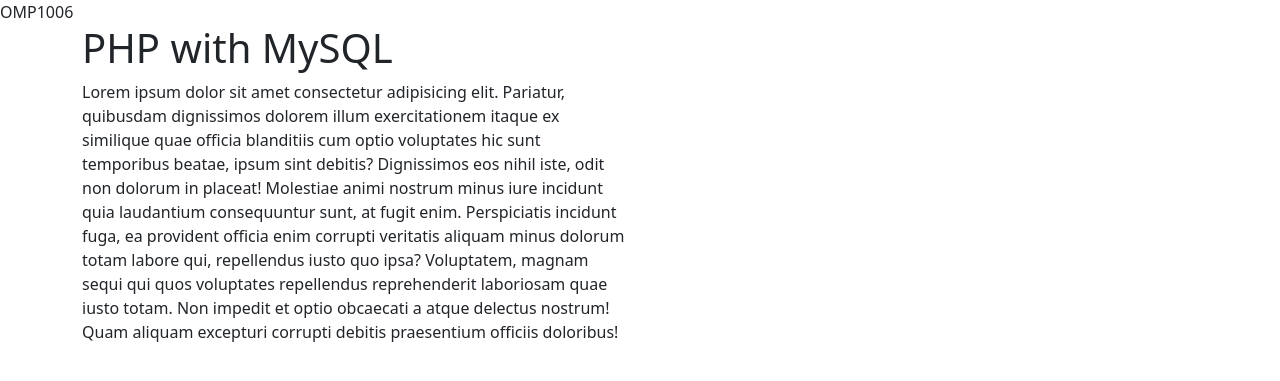
Repository: teban004/COMP1006---W2017
Page: index.html
The author's editor kept a copy of each file at every save. The page is drawn from the files as they stood at one save, then again after the next save.
The browser window is 1280 px wide. The pictures show the whole page.

Above is the page before, as saved 2022-01-02 13:25:41.

### index.html
<!DOCTYPE html>
<html lang="en">
<head>
    <meta charset="utf-8">
    <meta name="viewport" content="width=device-width, initial-scale=1">
OMP1006</title>
    <!-- CSS Section -->
    <link rel="stylesheet" href="/Scripts/lib/bootstrap/dist/css/bootstrap.min.css">
    <link rel="stylesheet" href="/Scripts/lib/font-awesome/css/fontawesome.css">
    <link rel="stylesheet" href="/Content/app.css">




    <link rel="stylesheet" href="/Content/app.css">
        <rel></rel>
    </link>
</head>
<body>
    <div class="container">
        <div class="row">
            <div class="col-md-offset-3 col-md-6">
                <h1>PHP with MySQL</h1>
                <p>Lorem ipsum dolor sit amet consectetur adipisicing elit. Pariatur, quibusdam dignissimos dolorem illum exercitationem itaque ex similique quae officia blanditiis cum optio voluptates hic sunt temporibus beatae, ipsum sint debitis? Dignissimos eos nihil iste, odit non dolorum in placeat! Molestiae animi nostrum minus iure incidunt quia laudantium consequuntur sunt, at fugit enim. Perspiciatis incidunt fuga, ea provident officia enim corrupti veritatis aliquam minus dolorum totam labore qui, repellendus iusto quo ipsa? Voluptatem, magnam sequi qui quos voluptates repellendus reprehenderit laboriosam quae iusto totam. Non impedit et optio obcaecati a atque delectus nostrum! Quam aliquam excepturi corrupti debitis praesentium officiis doloribus!</p>
            </div>
        </div>

    </div>

    <!-- JavaScript Section-->
    <script src="/Scripts/lib/jquery/dist/jquery.min.js"></script>
    <script src="/Scripts/lib/bootstrap/dist/js/bootstrap.min.js"></script>
    <script src="/Scripts/app.js"></script>
</body>
</html>

### Content/app.css
/* custom CSS goes here */

### Scripts/app.js
/* custom JavaScript goes here */

Loaded but not shown: Scripts/lib/bootstrap/dist/css/bootstrap.min.css (library); Scripts/lib/font-awesome/css/fontawesome.css (library); Scripts/lib/jquery/dist/jquery.min.js (library); Scripts/lib/bootstrap/dist/js/bootstrap.min.js (library)

After the next save:
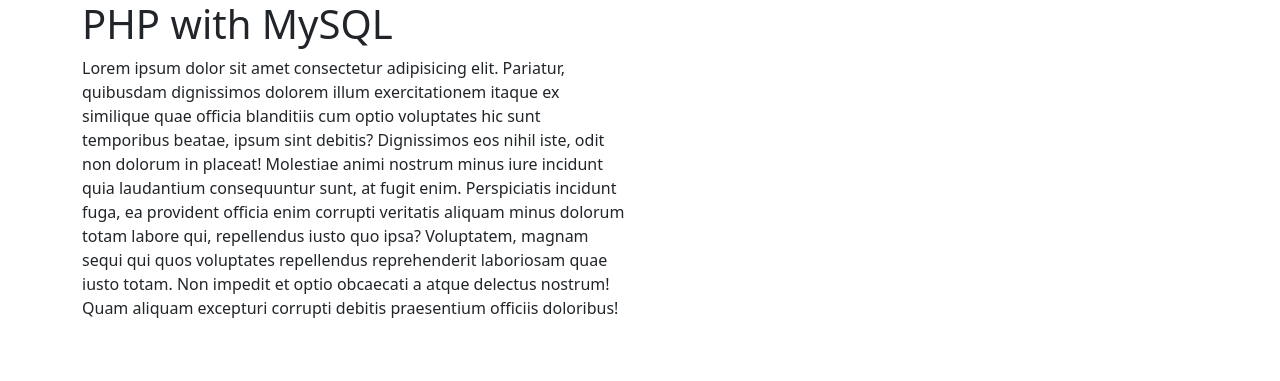
Saved 77 s later.
--- a/index.html
+++ b/index.html
@@ -3,7 +3,7 @@
 <head>
     <meta charset="utf-8">
     <meta name="viewport" content="width=device-width, initial-scale=1">
-OMP1006</title>
+    <title>COMP1006</title>
     <!-- CSS Section -->
     <link rel="stylesheet" href="/Scripts/lib/bootstrap/dist/css/bootstrap.min.css">
     <link rel="stylesheet" href="/Scripts/lib/font-awesome/css/fontawesome.css">
